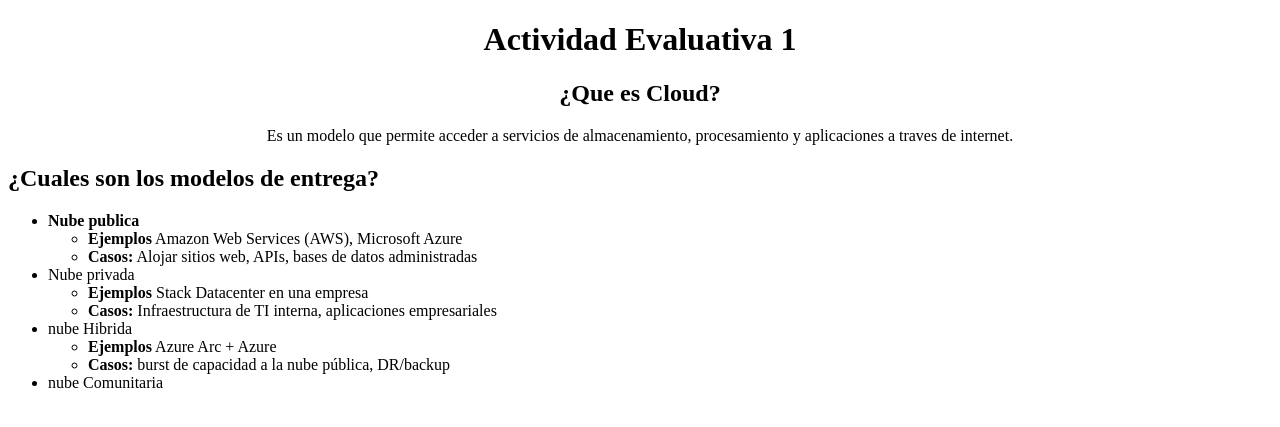
Repository: Laura-Oliveros/Actividad-Evaluativa-1
Page: LauSebas.html
The author's editor kept a copy of each file at every save. The page is drawn from the files as they stood at one save, then again after the next save.
The browser window is 1280 px wide. The pictures show the whole page.

Above is the page before, as saved 2025-09-04 19:06:03.

### LauSebas.html
<!DOCTYPE html>
<html lang="en">
<head>
    <meta charset="UTF-8">
    <meta name="viewport" content="width=device-width, initial-scale=1.0">
    <title>Actividad Evaluativa 1</title>
</head>
<body>
    <div class="contenedor" style="text-align: center;">
        <h1>Actividad Evaluativa 1</h1>
        <h2>¿Que es Cloud?</h2>
        <p>Es un modelo que permite acceder a servicios de almacenamiento, procesamiento y aplicaciones a traves de internet.</p>
    </div>

    <div class="contenedor" style="text-align: left;">
        <h2>¿Cuales son los modelos de entrega?</h2>
        <ul>
            <li><strong>Nube publica</strong></li>
            <ul>
                <li><strong>Ejemplos</strong> Amazon Web Services (AWS), Microsoft Azure</li>
                <li><strong>Casos:</strong> Alojar sitios web, APIs, bases de datos administradas</li>
            </ul>

            <li>Nube privada</li>
            <ul>
                <li><strong>Ejemplos</strong> Stack Datacenter en una empresa</li>
                <li><strong>Casos:</strong> Infraestructura de TI interna, aplicaciones empresariales</li>
            </ul>

            <li>nube Hibrida</li>
            <ul>
                <li><strong>Ejemplos</strong> Azure Arc + Azure</li>
                <li><strong>Casos:</strong> burst de capacidad a la nube pública, DR/backup</li>
            </ul>
            <li>nube Comunitaria</li>
        </ul>

</body>
</html>

After the next save:
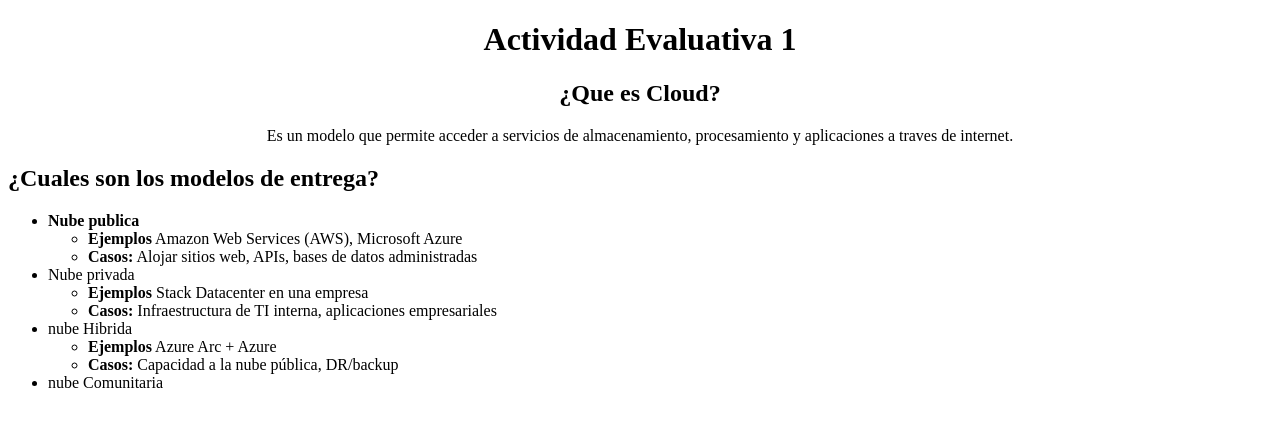
Saved 5 s later.
--- a/LauSebas.html
+++ b/LauSebas.html
@@ -30,7 +30,7 @@
             <li>nube Hibrida</li>
             <ul>
                 <li><strong>Ejemplos</strong> Azure Arc + Azure</li>
-                <li><strong>Casos:</strong> burst de capacidad a la nube pública, DR/backup</li>
+                <li><strong>Casos:</strong> Capacidad a la nube pública, DR/backup</li>
             </ul>
             <li>nube Comunitaria</li>
         </ul>
